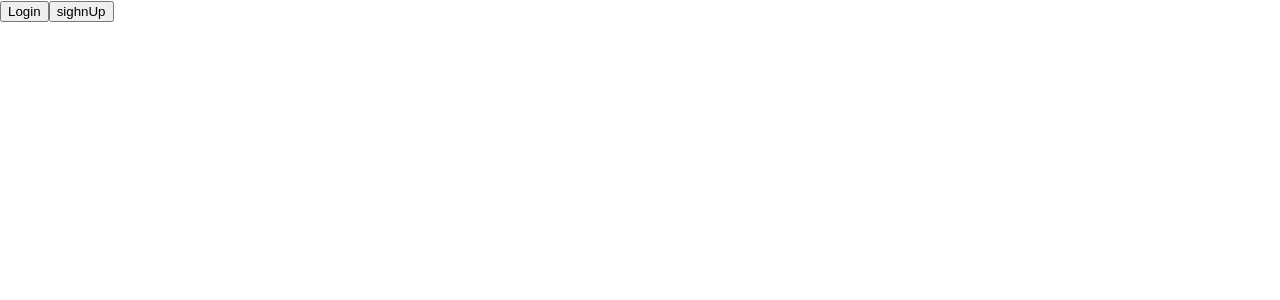
Repository: ehabmelhem/Demotweet-app
Page: /
The author's editor kept a copy of each file at every save. The page is drawn from the files as they stood at one save, then again after the next save.
The browser window is 1280 px wide. The pictures show the whole page.
The project was rebuilt for these pictures with package versions that can differ from the ones it lists, and the page was loaded fresh each time. Also part of the build but not shown: src/Login.css, src/Login.js, src/SignUp.css, src/SignUp.js.

Above is the page before, as saved 2021-01-24 02:15:15.

### src/App.js
import React from "react";
import Login from "./Login";
import { useState } from "react";
import SignUp from "./SignUp";
import { BrowserRouter as Router, Switch, Route, Link } from "react-router-dom";
function App() {
  const [users, setUsers] = useState([
    { username: "ehab", password: "123" },
    { username: "abc", password: "13" },
    { username: "abcd", password: "12" },
    { username: "efg", password: "1234" },
  ]);
  return (
    <Router>
      <div className="app">
        <Switch>
          {/* LogIn */}
          <Route path="/Login">
            <Login users={users} />
          </Route>

          {/* Sign Up */}
          <Route path="/signup">
            <SignUp users={users} setUsers={setUsers} />
          </Route>
          <Route path="/">
            <Link to="/login">
              <button>Login</button>
            </Link>
            <Link to="/signup">
              <button>sighnUp</button>
            </Link>
          </Route>
        </Switch>
      </div>
    </Router>
  );
}

export default App;

### src/Tweetapp.js
import React from "react";

function Tweetapp() {
  return <div className="tweets"></div>;
}

export default Tweetapp;

Loaded but not shown: public/index.html (common file); src/index.js (common file); src/index.css (common file); src/reportWebVitals.js (common file)

After the next save:
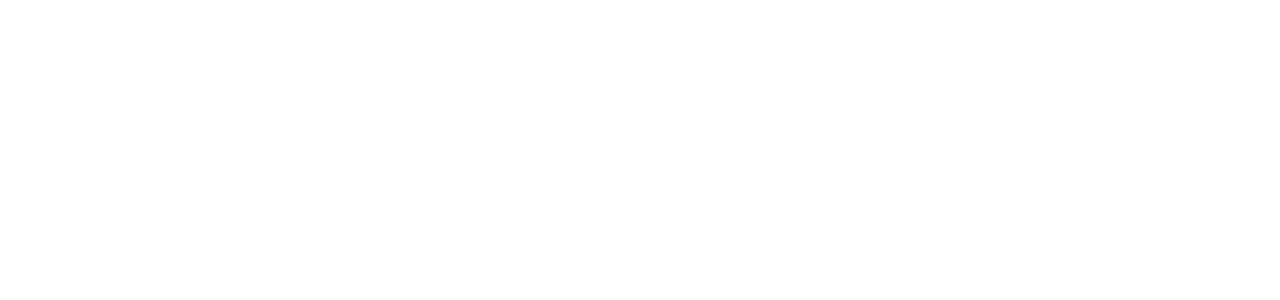
Saved 98 s later.
--- a/src/App.js
+++ b/src/App.js
@@ -3,6 +3,7 @@
 import { useState } from "react";
 import SignUp from "./SignUp";
 import { BrowserRouter as Router, Switch, Route, Link } from "react-router-dom";
+import Tweetapp from "./Tweetapp";
 function App() {
   const [users, setUsers] = useState([
     { username: "ehab", password: "123" },
@@ -15,6 +16,9 @@
       <div className="app">
         <Switch>
           {/* LogIn */}
+          <Route>
+            <Tweetapp />
+          </Route>
           <Route path="/Login">
             <Login users={users} />
           </Route>

After the 2 saves that followed:
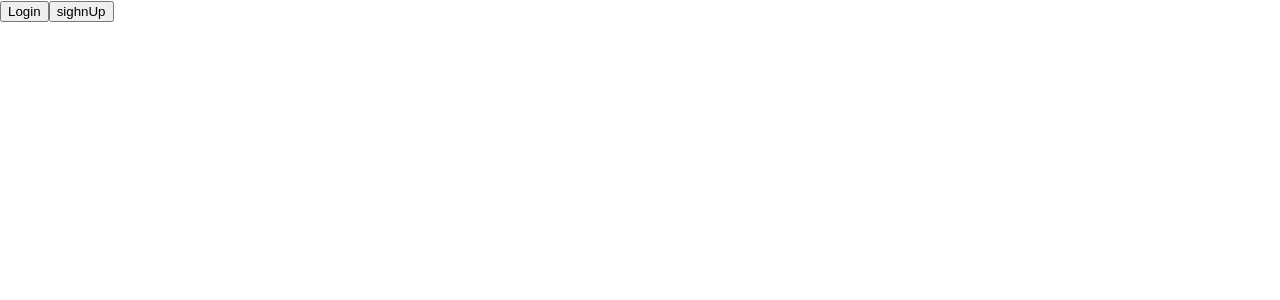
The 2 saves are shown as one change because they came seconds apart.
The last was saved 10 s later.
--- a/src/App.js
+++ b/src/App.js
@@ -16,7 +16,7 @@
       <div className="app">
         <Switch>
           {/* LogIn */}
-          <Route>
+          <Route path="/tweet:asdasd">
             <Tweetapp />
           </Route>
           <Route path="/Login">
